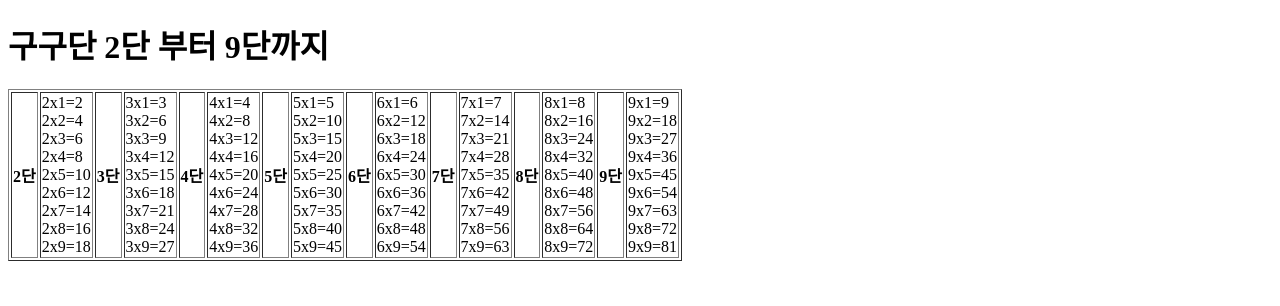
Repository: hyeongu135-ui/Jsp2026
Page: http://localhost/chapter01/test02.jsp
An editor plug-in stored every save of this project. The page is shown before and after the next save, followed by the edit.
The browser window is 1280 px wide. The pictures show the whole page.
The page is served by Tomcat 9.

Above is the page before, as saved 2026-10-16 04:22:32.

### chapter01/src/main/webapp/test02.jsp
<%@ page language="java" contentType="text/html; charset=UTF-8"
	pageEncoding="UTF-8" import="java.util.*"%>
<!DOCTYPE html>
<html>
<head>
<meta charset="UTF-8">
<title>Insert title here</title>
</head>
<body>
	<h1>구구단 2단 부터 9단까지</h1>
	<table border = 1px>
		<tr>
			<%
			for (int i = 2; i < 10; i++) {
			%>
			<th>
			<%=
			i + "단"
			%>
			</th>
			<td>




		<%
		for (int j = 1; j < 10; j++) {
			int sum = (i * j);
		%>

			<%=i + "x" + j + "=" + sum%><br>
		<%
		}
		%></td>
		<%
		}
		%>
		</tr>
	</table>
</body>
</html>

After the next save:
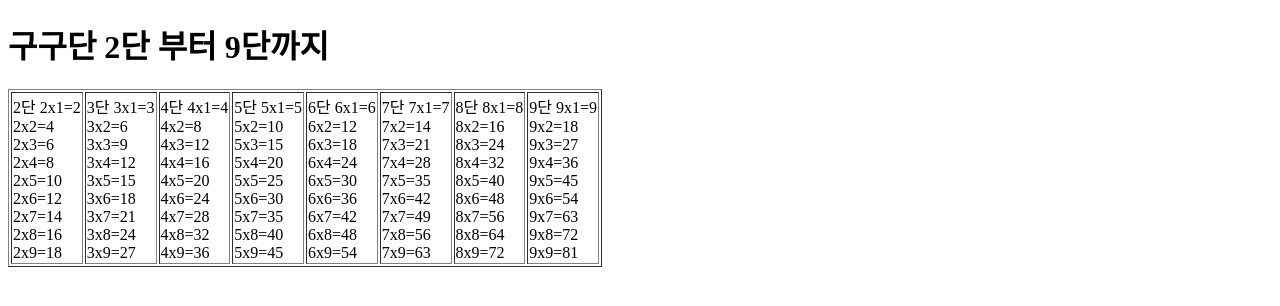
Saved 13 s later.
--- a/chapter01/src/main/webapp/test02.jsp
+++ b/chapter01/src/main/webapp/test02.jsp
@@ -13,12 +13,10 @@
 			<%
 			for (int i = 2; i < 10; i++) {
 			%>
-			<th>
+			<td>
 			<%=
 			i + "단"
 			%>
-			</th>
-			<td>
 
 
 
